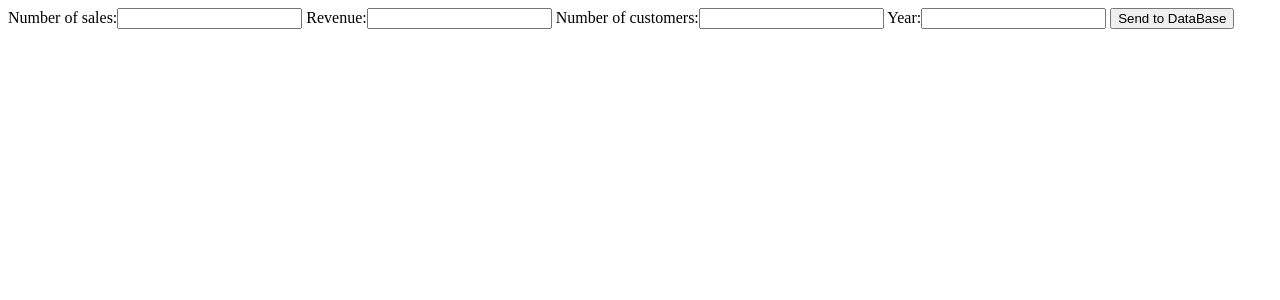
Repository: EmmanuelKeifala/Hackathon
Page: http://localhost/upload/
An editor plug-in stored every save of this project. The page is shown before and after the next save, followed by the edit.
The browser window is 1280 px wide. The pictures show the whole page.
The page is served by the project's application, run on Django 3.2 (manage.py).

Above is the page before, as saved 2022-10-29 02:28:01.

After the next save:
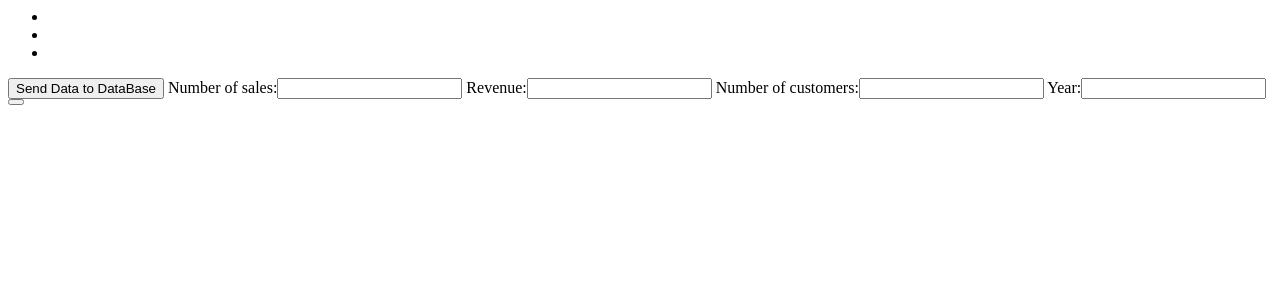
Saved 5 min 17 s later.
--- a/users/templates/users/upload.html
+++ b/users/templates/users/upload.html
@@ -1,5 +1,12 @@
 <form method="POST" action="{% url 'upload'%}" entypr="multipart/form-data">
-  {% csrf_token %} {{form}}
+  {% csrf_token %}
+  <ul class="contactList">
+    <li id="subject" class="contact">{{ form.subject }}</li>
+    <li id="email" class="contact">{{ form.email }}</li>
+    <li id="message" class="contact">{{ form.message }}</li>
+  </ul>
+  <input type="submit" value="Send Data to DataBase" />
+  {{form}}
 
-  <button>Send to DataBase</button>
+  <button></button>
 </form>
